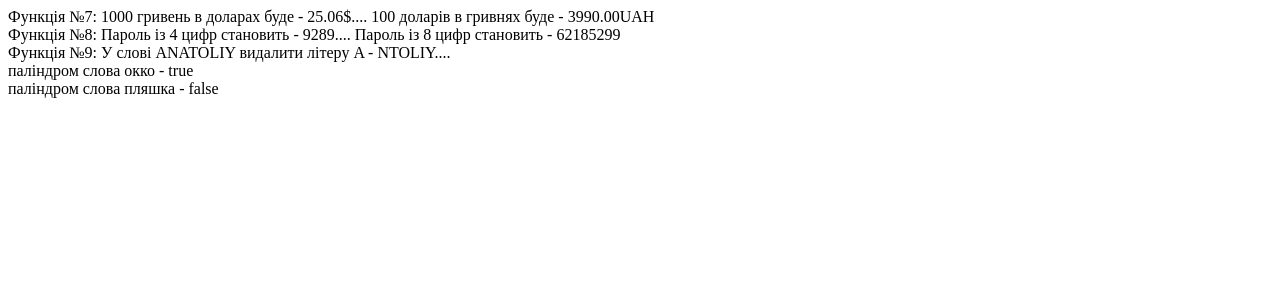
Repository: batonAnton/cursor_js_hw_3
Page: index.html
An editor plug-in stored every save of this project. The page is shown before and after the next save, followed by the edit.
The browser window is 1280 px wide. The pictures show the whole page.

Above is the page before, as saved 2022-08-31 15:15:20.

After the next save:
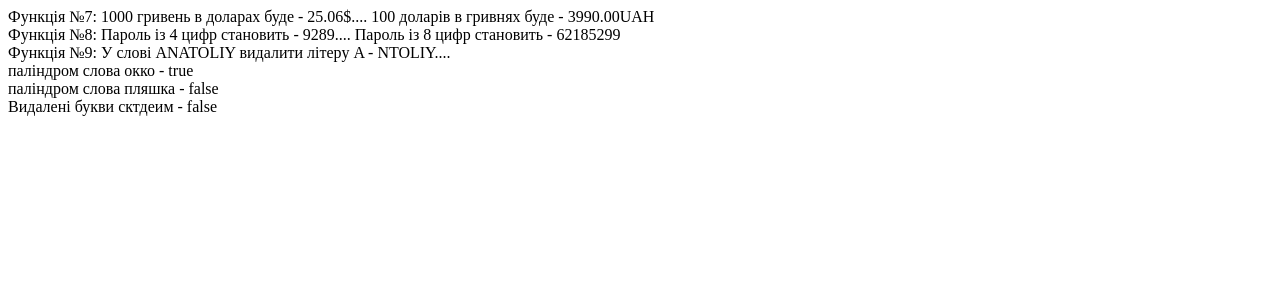
Saved 5 min 1 s later.
--- a/js/index.js
+++ b/js/index.js
@@ -168,19 +168,21 @@ document.writeln(`<br>  паліндром слова ${checkWord2} - ${isPalind
 
 
 // task 10
-function deleteDuplicateLetter(){
-let test_str1 = "вібрація";
+function deleteDuplicateLetter(previousString){
 let newString = "";
-    sentence = sentence.toLowerCase();
-    for (let i = 0; i < sentence.length; i++) {
-        if (sentence.lastIndexOf(sentence[i]) === sentence.indexOf(sentence[i])) {
-            newSentence += sentence[i]
+let allLowerCase = previousString.toLowerCase();
+    for ( i = 0; i < allLowerCase.length; i++) {
+        if (allLowerCase.lastIndexOf(allLowerCase[i]) === allLowerCase.indexOf(allLowerCase[i])) {
+            newString += allLowerCase[i]
         }
         else {
-            newSentence;
+          newString;
         }
     }
-    return newSentence;
+    return newString;
 }
 
-let previ
+let previousString = "Бісквіт був дуже ніжним";
+console.log(deleteDuplicateLetter(previousString));
+
+document.writeln(`<br>  Видалені букви ${deleteDuplicateLetter(previousString)} - ${isPalindrom(checkWord2)}`);
